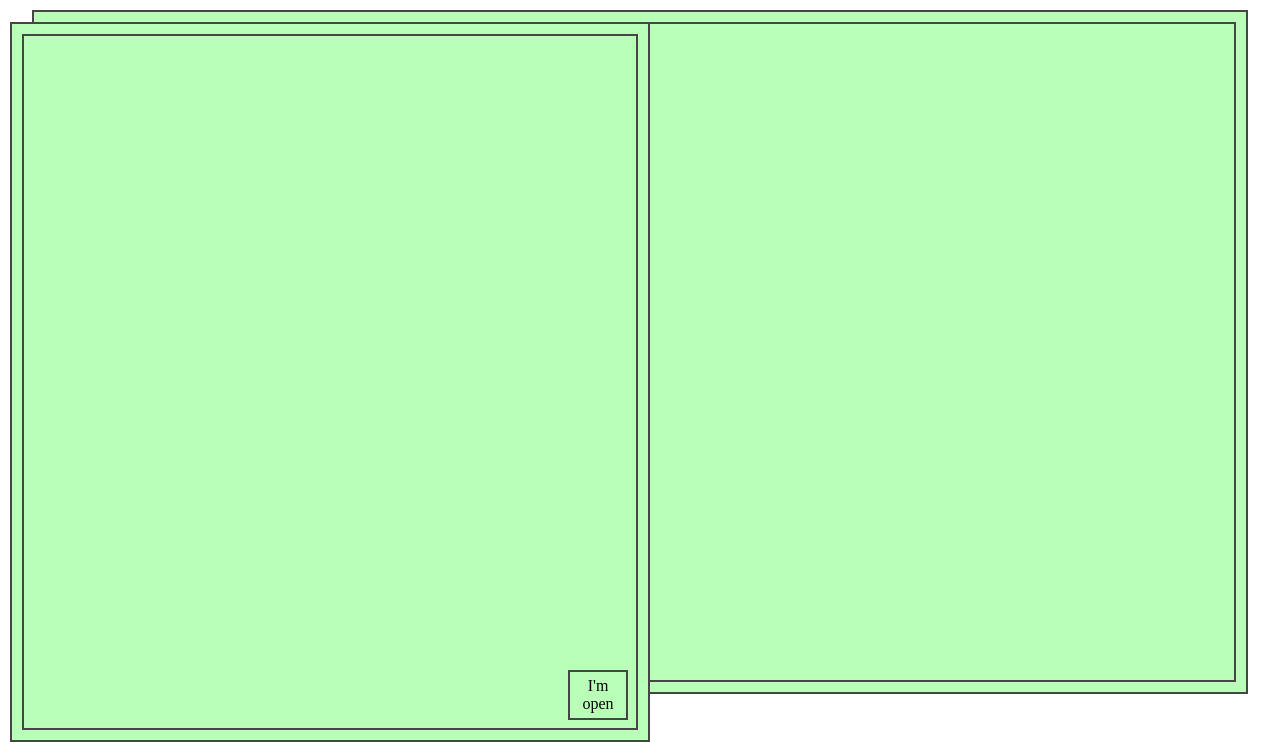
Repository: tannerbroberts/tannerbroberts.github.io
Page: /
These files come from the project's save history. The page is drawn as it stood at one moment and after a run of saves; the edit follows.
The browser window is 1280 px wide. The pictures show the whole page.
The project was rebuilt for these pictures with package versions that can differ from the ones it lists, and the page was loaded fresh each time. Also part of the build but not shown: vite.config.ts.

Above is the page before, as saved 2022-10-04 10:14:35.

### src/index.js
import React from "react"
import ReactDOM from "react-dom/client"
import App from "./App"
import ATP_ContextProvider from "./providers/ATP_Context"

const root = ReactDOM.createRoot(document.getElementById("root"))
root.render(
	<React.StrictMode>
		<ATP_ContextProvider>
			<React.StrictMode>
				<App />
			</React.StrictMode>
		</ATP_ContextProvider>
	</React.StrictMode>
)

### src/App.js
import React from "react"
import { cssHelper } from "./api/cssHelper"
import Main from "./components/Main"
import Shelf from "./components/Shelf"

function App() {
	const AppCSS = {
		...cssHelper,
		height: "95vh",
		width: "95vw",
		marginTop: "10px",
		display: "flex",
	}

	return (
		<div style={AppCSS}>
			<Main />
			<Shelf />
		</div>
	)
}

export default App

### src/providers/ATP_Context.js
/* eslint-disable react/prop-types */
import React, { useContext, useReducer, createContext } from "react"
import ATP_Reducer, { initialState } from "./ATP_Reducer"

export const ATP_StateContext = createContext()
export const ATP_DispatchContext = createContext()

export default function ATP_ContextProvider({ children }) {
	const [state, dispatch] = useReducer(ATP_Reducer, initialState)

	return (
		<ATP_StateContext.Provider value={state}>
			<ATP_DispatchContext.Provider value={dispatch}>
				{children}
			</ATP_DispatchContext.Provider>
		</ATP_StateContext.Provider>
	)
}

export const useATP_StateContext = () => useContext(ATP_StateContext)
export const useATP_DispatchContext = () =>
	useContext(ATP_DispatchContext)

### src/api/cssHelper.js
export const cssHelper = {
	boxSizing: "border-box",

	height: "100%",
	width: "100%",
	// border: "2px solid black",
	margin: "auto",
	padding: "10px",
	gap: "10px",
	display: "grid",
	// gridTemplateRows / gridTemplateColumns
	gridTemplate: "1fr / 1fr",
	backgroundColor: "rgb(185, 255, 183)",
	border: "2px solid rgb(69, 69, 69)",
}

export const mainColor = {
	backgroundColor: "blue",
}

### src/components/Shelf/index.js
export { default } from "./Shelf"

### src/providers/ATP_Reducer.js
export const initialState = {
	mainStack: [
		/* main frames */
		{ frameType: "", value: "" },
	],
	shelf: {
		/* directly corresponds to the main frame */
	},
	shelfOpen: true,
	library: [
		/* All items live here. Eventually, they're going to be returned from the server */
	],
	filters: [
		/* object list of matchers
		{complexVariableMatcher: criteria list}
		{nameContains: STRING},
		{containsVariable: VARIABLE_ID},
		{color: COLOR},
		{pattern: PATTERN},
		{owner: USER_ID},
		{createdBy: DATE},
		{length: TIME_LENGTH},
		{pattern: PATTERN},
		*/
	],
}

function loadFrame(state, action) {
	const stack = state.mainFrame
	stack.push(action.value)
	return { ...state, mainFrame: stack }
}

function closeFrame(state) {
	const stack = state.mainFrame
	stack.pop()
	return { ...state, mainFrame: stack }
}

function toggleShelf(state) {
	return { ...state, shelfOpen: !state?.shelfOpen }
}

const dispatchDictionary = {
	LOAD_FRAME: loadFrame,
	CLOSE_FRAME: closeFrame,
	TOGGLE_SHELF: toggleShelf,
}

export default function ATP_Reducer(state, action) {
	console.log('calling a reducer function now')
	if (action.type && dispatchDictionary[action.type])
		return dispatchDictionary[action.type](state, action)
}

### src/components/Main/Main.js
import React from "react"
import { cssHelper } from "../../api/cssHelper"

const MainCSS = {
	...cssHelper,
	width: "100%",
}

export default function Main() {
	return <div style={MainCSS} />
}

### src/components/Shelf/Shelf.js
/* eslint-disable react/prop-types */
import React from "react"
import { cssHelper } from "../../api/cssHelper"
import ShelfToggle from "./ShelfToggle"
import { useATP_StateContext } from "../../providers/ATP_Context"

const shelfContentCSS = (openStatus) => {
	const obj = { ...cssHelper }
	openStatus ? '' : (obj.display = "none")

	return obj
}

const shelfCSS = (openStatus) => {
	const obj = { ...cssHelper, position: "absolute", width: "50%" }
	openStatus ? obj.left = "10px" : (obj.left = "-100px")

	return obj
}

export default function Shelf() {
	const { shelfOpen } = useATP_StateContext()

	return (
		<div style={shelfCSS(shelfOpen)}>
			<div style={shelfContentCSS(shelfOpen)}></div> {/** content area */}
			<ShelfToggle />
		</div>
	)
}

### src/components/Shelf/ShelfToggle/index.js
export { default } from './ShelfToggle'

### src/components/Shelf/ShelfToggle/ShelfToggle.js
/* eslint-disable react/prop-types */
import React from "react"
import { useATP_StateContext } from "../../../providers/ATP_Context"
import { useATP_DispatchContext } from "../../../providers/ATP_Context"
import { cssHelper } from '../../../api/cssHelper'

export default function ShelfToggle() {
	const state = useATP_StateContext()
	const dispatch = useATP_DispatchContext()

	const shelfToggleCSS = {
		...cssHelper,
		position: "absolute",
		bottom: "20px",
		right: "20px",
		height: "50px",
		width: "60px",
		padding: "5px",
		textAlign: "center",
	}

	return (
		<div
			style={shelfToggleCSS}
			onClick={() => dispatch({ type: "TOGGLE_SHELF" })}
		>
			{state?.shelfOpen ? "I'm open" : "I'm closed"}
		</div>
	)
}

Loaded but not shown: public/index.html (common file); src/components/Main/index.js (common file)

After the next 2 saves:
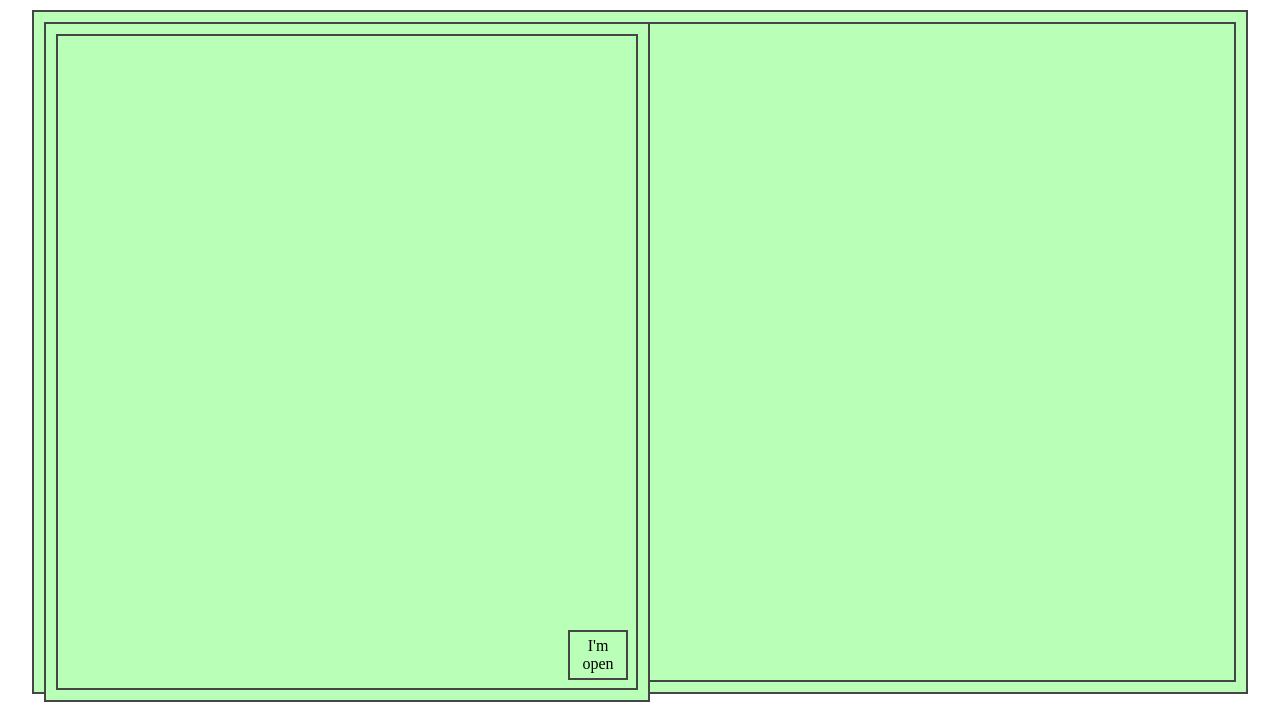
The 2 saves are shown as one change because they came seconds apart.
The last was saved 32 s later.
--- a/src/App.js
+++ b/src/App.js
@@ -10,6 +10,7 @@ function App() {
 		width: "95vw",
 		marginTop: "10px",
 		display: "flex",
+		position: "relative",
 	}
 
 	return (
